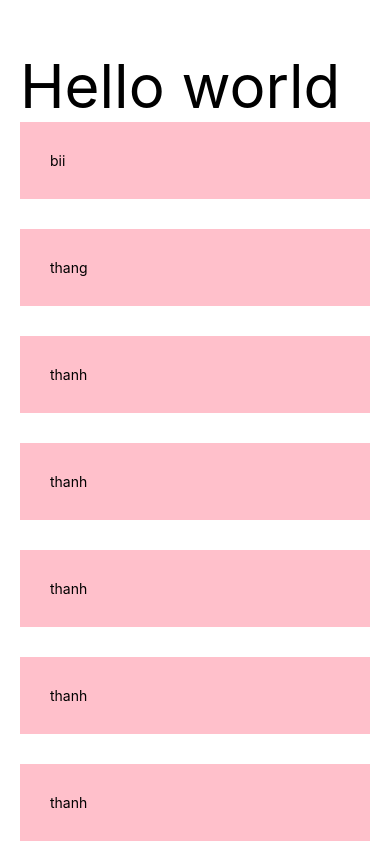
Repository: Ducbii4202/React-Native
Screen: /
The author's editor kept a copy of each file at every save. The screen is drawn from the files as they stood at one save, then again after the next save.
The app was drawn by React Native's web renderer in a window 390 px wide. The project was rebuilt for these pictures with package versions that can differ from the ones it lists, and the page was loaded fresh each time.

Above is the screen before, as saved 2024-09-15 17:32:09.

After the next save:
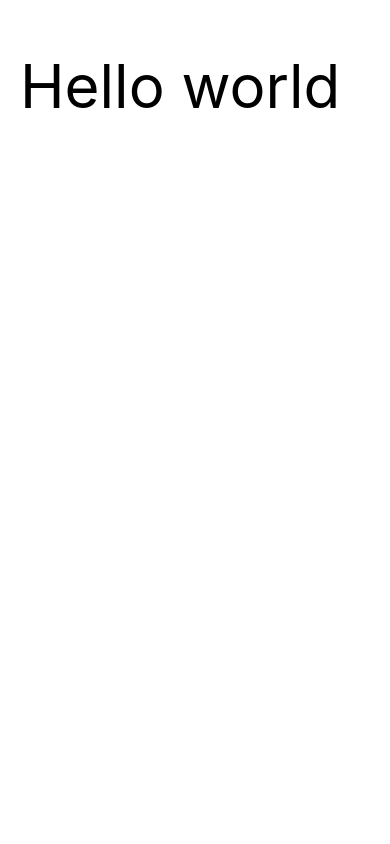
Saved 2 h 1 min later.
--- a/App.tsx
+++ b/App.tsx
@@ -38,7 +38,7 @@ export default function App() {
   return (
     <View style={styles.container}>
       <Text style={{fontSize: 60}}>Hello world</Text>
-      <ScrollView>
+      {/* <ScrollView>
         {student.map(item => {
           return (
             <View key={item.id} style={{
@@ -52,7 +52,7 @@ export default function App() {
             </View>
           )
         })}
-    </ScrollView>
+    </ScrollView> */}
     </View>
   );
 }
